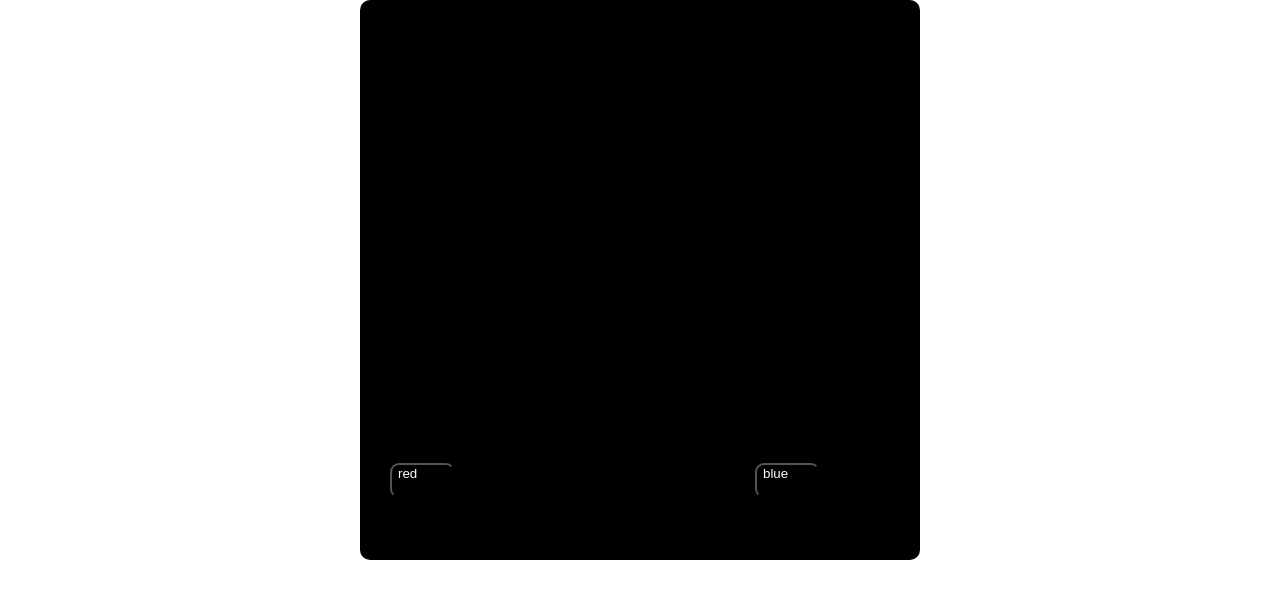
Repository: iliailia12/Individual-lessons
Page: Day 99/Classwork/index.html
The author's editor kept a copy of each file at every save. The page is drawn from the files as they stood at one save, then again after the next save.
The browser window is 1280 px wide. The pictures show the whole page.

Above is the page before, as saved 2026-06-06 04:37:26.

### Day 99/Classwork/index.html
<!--1) შექმენი 1 div ბლოკი, შემდგომ 2 ღილაკი, ისე უნდა გააკეთო, რომ პირველ ღლაკზე დაჭირისას დივის background color - ი გახდეს წითელი, მეორე ღილაკზე დაჭერისას დაბრუნდეს მის საწყის ფერზე (დივს წინასწარ გაუწერე რაიმე სტილები) -->


<!DOCTYPE html>
<html lang="en">
<head>
    <meta charset="UTF-8">
    <meta name="viewport" content="width=device-width, initial-scale=1.0">
    <link rel="stylesheet" href="style.css">
    <title>Document</title>
</head>
<body>
    <div class="colorCangerDiv" id="colorCangerDiv">
        <button id="red">red</button>
        <button id="blue">blue</button>
    </div>
</body>
</html>

### Day 99/Classwork/style.css
/* 1) შექმენი 1 div ბლოკი, შემდგომ 2 ღილაკი, ისე უნდა გააკეთო, რომ პირველ ღლაკზე დაჭირისას დივის background color - ი გახდეს წითელი, მეორე ღილაკზე დაჭერისას დაბრუნდეს მის საწყის ფერზე (დივს წინასწარ გაუწერე რაიმე სტილები)
 */

body{
    margin: 0;
    padding: 0;
}
.colorCangerDiv{
    width: 500px;
    height: 500px;
    background-color: black;
    color: white;
    display: flex;
    /* flex-direction: column; */
    /* justify-content: center; */
    align-items: center;
    margin: 0 auto;
    border-radius: 10px;
    gap: 300px;
    padding: 30px;
}

button{
    margin-top: 400px;
    display: flex;
    gap: 35px;
    width: 65px;
    height: 35px;
    border-radius: 9px;
    background-color: black;
    color: white;
    box-shadow: black;
}

After the next save:
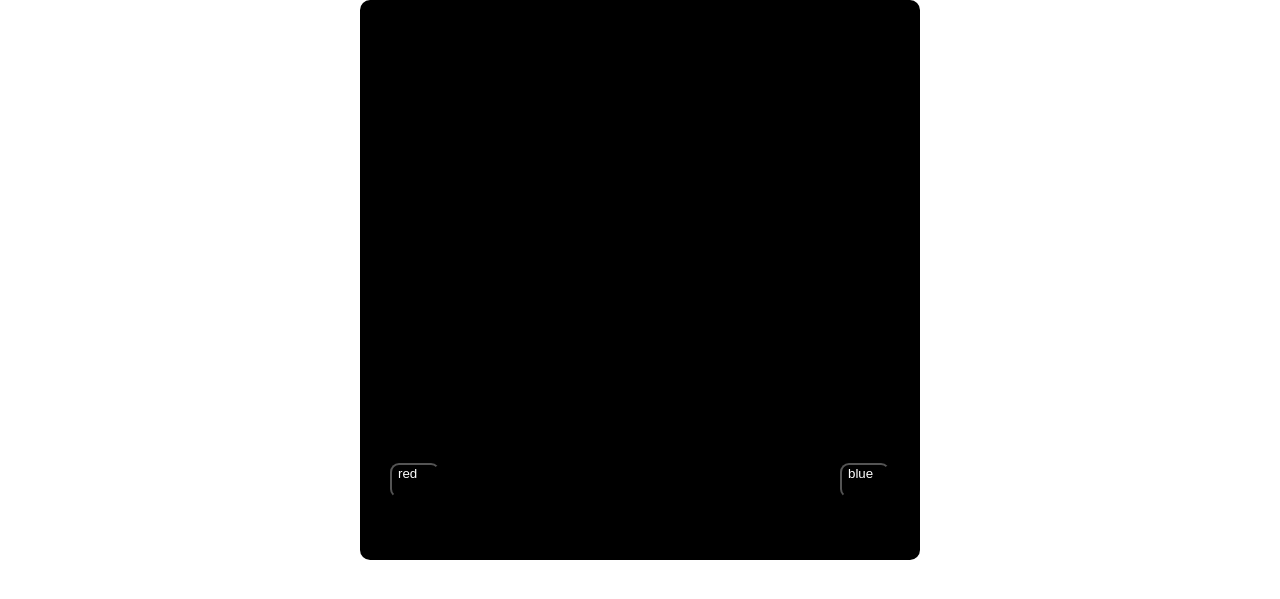
Saved 18 s later.
--- a/Day 99/Classwork/style.css
+++ b/Day 99/Classwork/style.css
@@ -16,7 +16,7 @@
     align-items: center;
     margin: 0 auto;
     border-radius: 10px;
-    gap: 300px;
+    gap: 400px;
     padding: 30px;
 }
 
